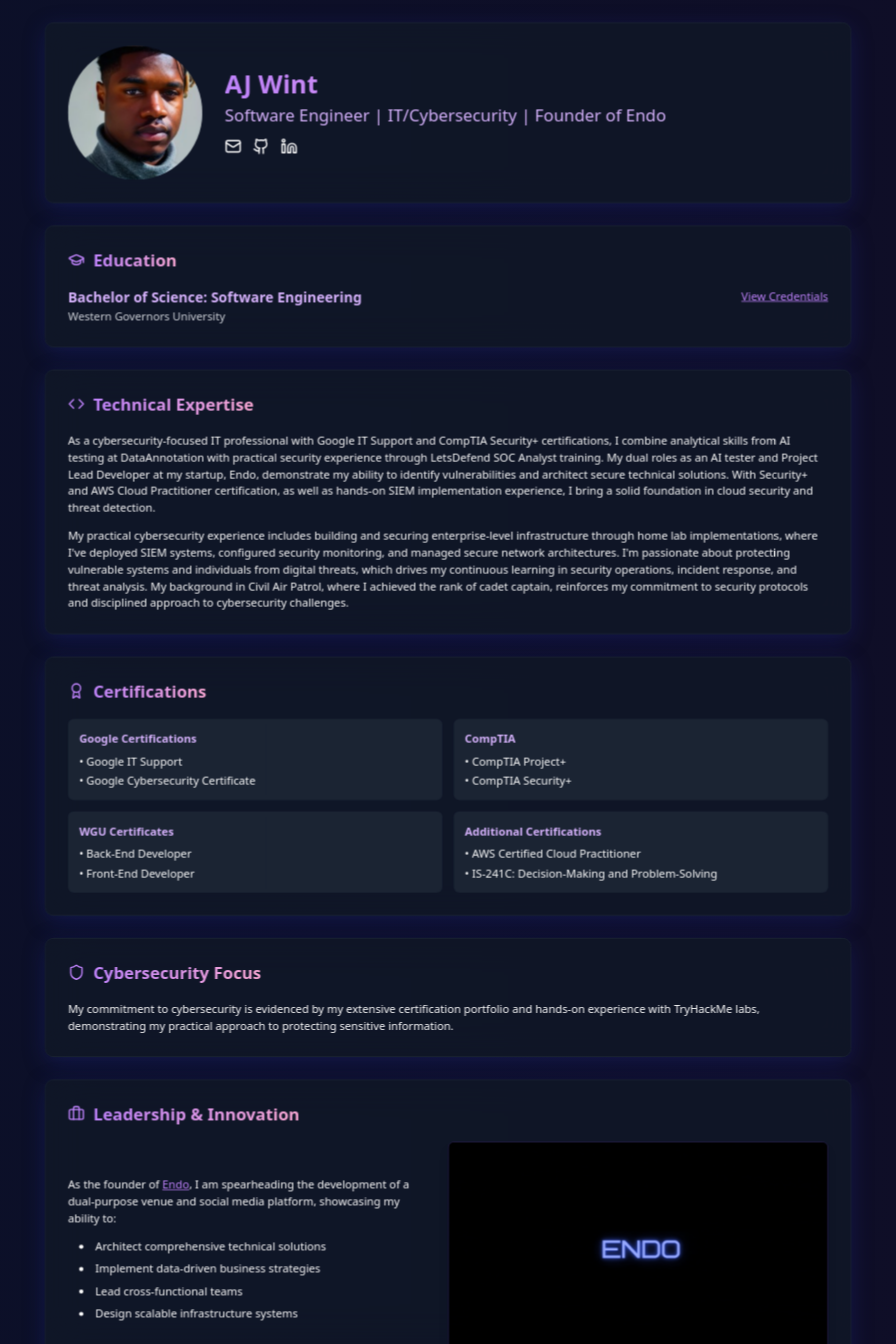
Repository: ajwint-cs/SWE-Cover-Letter
Page: /
These files come from the project's save history. The page is drawn as it stood at one moment and after the next save; the edit follows.
The browser window is 1280 px wide. The pictures show the part of the page from y = 0 to 1920 px (the page is 3596 px tall), at 70% of full size.
The project was rebuilt for these pictures with package versions that can differ from the ones it lists, and the page was loaded fresh each time. Also part of the build but not shown: vite.config.ts.

Above is the page before, as saved 2025-04-06 15:55:27.

After the next save:
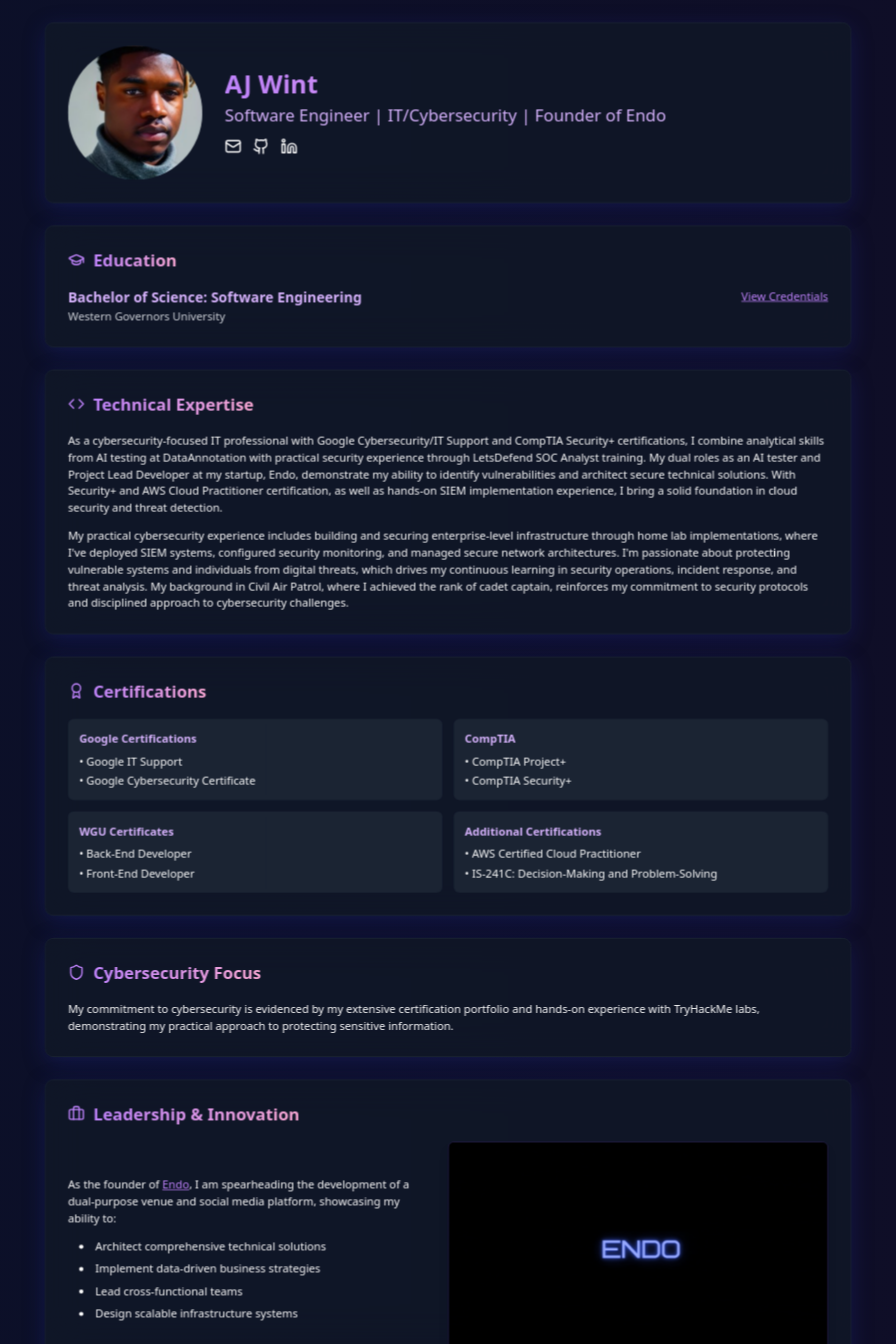
Saved 30 days later.
--- a/src/App.tsx
+++ b/src/App.tsx
@@ -2,7 +2,6 @@
   Github,
   Mail,
   Linkedin,
-  Terminal,
   Award,
   Code,
   Shield,
@@ -10,7 +9,6 @@
   GraduationCap,
   Monitor,
 } from "lucide-react";
-import React from "react";
 import profileImage from "./assets/1690407207382.jpeg";
 import endoBanner from "./assets/Endo (Youtube Banner).gif";
 
@@ -103,16 +101,16 @@
           <div className="space-y-4">
             <p>
               {" "}
-              As a cybersecurity-focused IT professional with Google IT Support
-              and CompTIA Security+ certifications, I combine analytical skills
-              from AI testing at DataAnnotation with practical security
-              experience through LetsDefend SOC Analyst training. My dual roles
-              as an AI tester and Project Lead Developer at my startup, Endo,
-              demonstrate my ability to identify vulnerabilities and architect
-              secure technical solutions. With Security+ and AWS Cloud
-              Practitioner certification, as well as hands-on SIEM
-              implementation experience, I bring a solid foundation in cloud
-              security and threat detection.{" "}
+              As a cybersecurity-focused IT professional with Google
+              Cybersecurity/IT Support and CompTIA Security+ certifications, I
+              combine analytical skills from AI testing at DataAnnotation with
+              practical security experience through LetsDefend SOC Analyst
+              training. My dual roles as an AI tester and Project Lead Developer
+              at my startup, Endo, demonstrate my ability to identify
+              vulnerabilities and architect secure technical solutions. With
+              Security+ and AWS Cloud Practitioner certification, as well as
+              hands-on SIEM implementation experience, I bring a solid
+              foundation in cloud security and threat detection.{" "}
             </p>{" "}
             <p>
               {" "}
